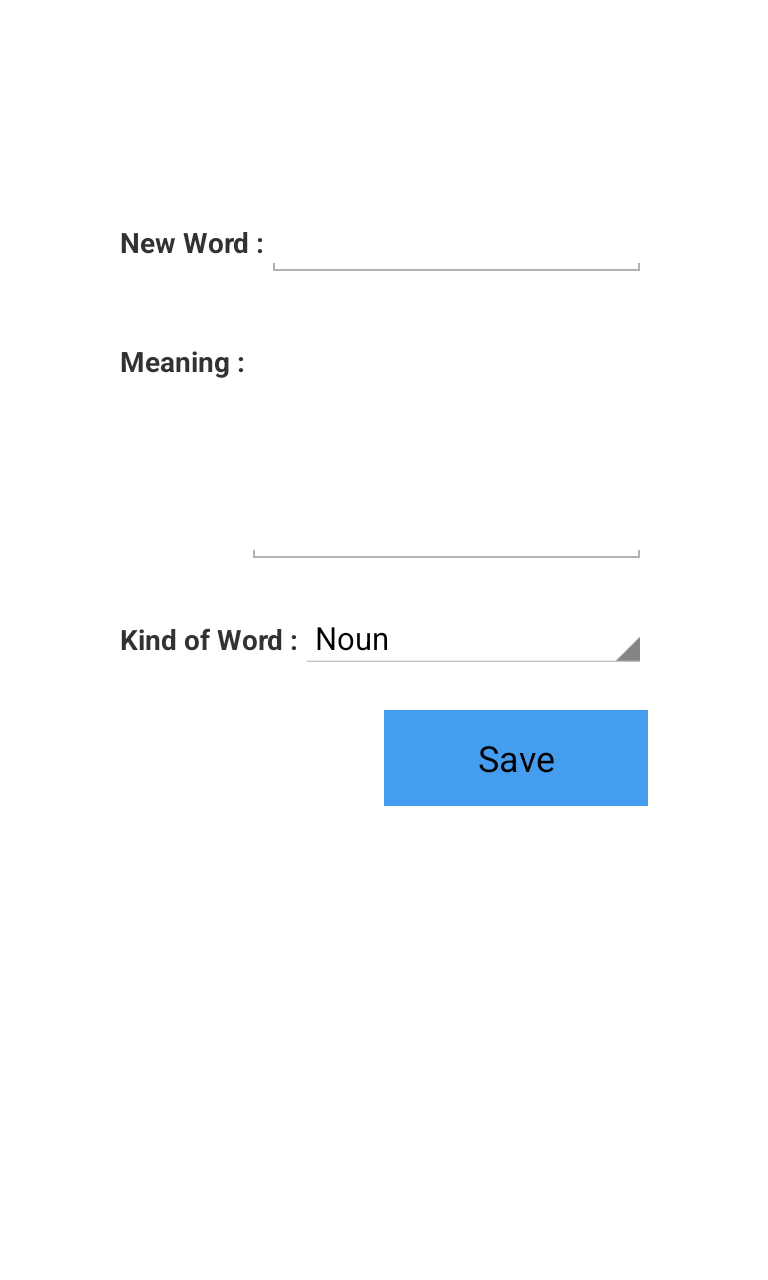
Repository: karno123/AndroidWordReminder
Layout: WordRemainder/res/layout/add_word_layout.xml
These files come from the project's save history. The layout is drawn as it stood at one moment and after the next save; the edit follows.
It is drawn on a 768 x 1280 px phone screen (xhdpi) without system bars, with theme AppTheme; the app's code is not run.

Above is the layout before, as saved 2014-07-06 08:03:24.

### WordRemainder/res/layout/add_word_layout.xml
<?xml version="1.0" encoding="utf-8"?>
<LinearLayout xmlns:android="http://schemas.android.com/apk/res/android"
    android:layout_width="fill_parent"
    android:layout_height="fill_parent"
    android:paddingLeft="60dp"
    android:paddingRight="60dp"
    android:paddingTop="80dp"
    android:orientation="vertical" >

    <LinearLayout
	        android:layout_width="fill_parent"
	        android:layout_height="wrap_content"
	        android:orientation="horizontal"
	        android:paddingTop="20dp">

        <TextView
	        android:id="@+id/text_new_word"
	        android:layout_width="wrap_content"
	        android:layout_height="wrap_content"
	        android:textStyle="bold"
	        android:text="@string/new_text_word"/>

         <EditText
	        android:inputType="text"
	        android:id="@+id/input_text_new_word"
	        android:layout_width="0dp"
	        android:layout_weight="0.8"
	        android:layout_height="wrap_content"
	        />

    </LinearLayout>

    <LinearLayout
            android:layout_width="fill_parent"
	        android:layout_height="wrap_content"
	        android:orientation="horizontal"
	        android:paddingTop="20dp">
        <TextView
	        android:id="@+id/text_meaning_word"
	        android:layout_width="wrap_content"
	        android:layout_height="wrap_content"
	        android:textStyle="bold"
	        android:text="@string/meaning_word"
	        />

        <EditText
            android:id="@+id/input_text_meaning"
            android:layout_height="wrap_content"
            android:layout_width="0dp"
            android:layout_weight="0.80"
            android:gravity="top"
            android:inputType="textMultiLine"
            android:lines="5"
            android:singleLine="false" />

    </LinearLayout>

    <LinearLayout
            android:layout_width="fill_parent"
	        android:layout_height="wrap_content"
	        android:orientation="horizontal"
	        android:paddingTop="20dp">

         <TextView
	        android:id="@+id/kind_of_word_text"
	        android:layout_width="wrap_content"
	        android:layout_height="wrap_content"
	        android:textStyle="bold"
	        android:text="@string/kind_of_word"
	        />
	    <Spinner
	        android:id="@+id/kind_of_word"
	        android:layout_width="0dp"
	        android:layout_weight="1"
	        android:layout_height="wrap_content"
	        android:prompt="@string/kind_of_word_prompt"
	        android:entries="@array/word_arrays"

	        />
    </LinearLayout>

    <LinearLayout
            android:layout_width="fill_parent"
	        android:layout_height="wrap_content"
	        android:orientation="horizontal"
	        android:gravity="right"
	        android:paddingTop="20dp"
	        android:weightSum="2">

        	<Button
        	     android:id="@+id/add_new_word_button"
        	     android:layout_height="wrap_content"
        	     android:layout_width="0dip"
        	     android:layout_weight="1"
        	     android:text="@string/add_word_button"
        	     android:background="#449def"/>

    </LinearLayout>

</LinearLayout>

### WordRemainder/res/values/strings.xml
<?xml version="1.0" encoding="utf-8"?>
<resources>

    <string name="app_name">Word Remainder</string>
    <string name="action_settings">Settings</string>
    <string name="hello_world">Hello world!</string>
    <string name="splash_text">This is a splash text</string>
	<string name="add_word">Add New Word</string>
	<string name="view_word">View Word</string>
	<string name="setting">Setting Apps</string>


	<string name="addnewword_title">Add New Word</string>
	<string name="viewword_title">View Word</string>

	<string name="new_text_word">New Word     :</string>
	<string name="meaning_word"> Meaning       :</string>
	<string name="kind_of_word"> Kind of Word :  </string>

	<string name="kind_of_word_prompt">Choose kind of word</string>
	<string-array name="word_arrays">
	    <item>Noun</item>
	    <item>Verb</item>
	    <item>Adjective</item>
	    <item>Adverb</item>
	    <item>Interjection</item>
	    <item>Preposition</item>
	    <item>Conjunction</item>
	    <item>Pronoun</item>
	</string-array>

	<string name="add_word_button">  Save  </string>
	<string name="cancel_edit_word_button">Cancel</string>
	<string name="search_text">Search </string>

	<string name="main_word" >main_word </string>
	<string name="meaning">meaning karno <b>siahaan</b></string>

	<string name="updateWord">Update Word</string>


	<string name="setting_enable">Enable setting </string>
	<string name="word_per_day">Word per day  </string>
	<string name="reminder_time">Reminder time</string>
	<string name="word_per_day_def">50</string>

	<string name="setting_ok">OK</string>
	<string name="setting_Cancel">Cancel</string>

	<string name="setting_label">Setting</string>

	<string name="home">home</string>

</resources>

Loaded but not shown: WordRemainder/res/values/styles.xml (common file); WordRemainder/res/values-v11/styles.xml (common file); WordRemainder/res/values-v14/styles.xml (common file)

After the next save:
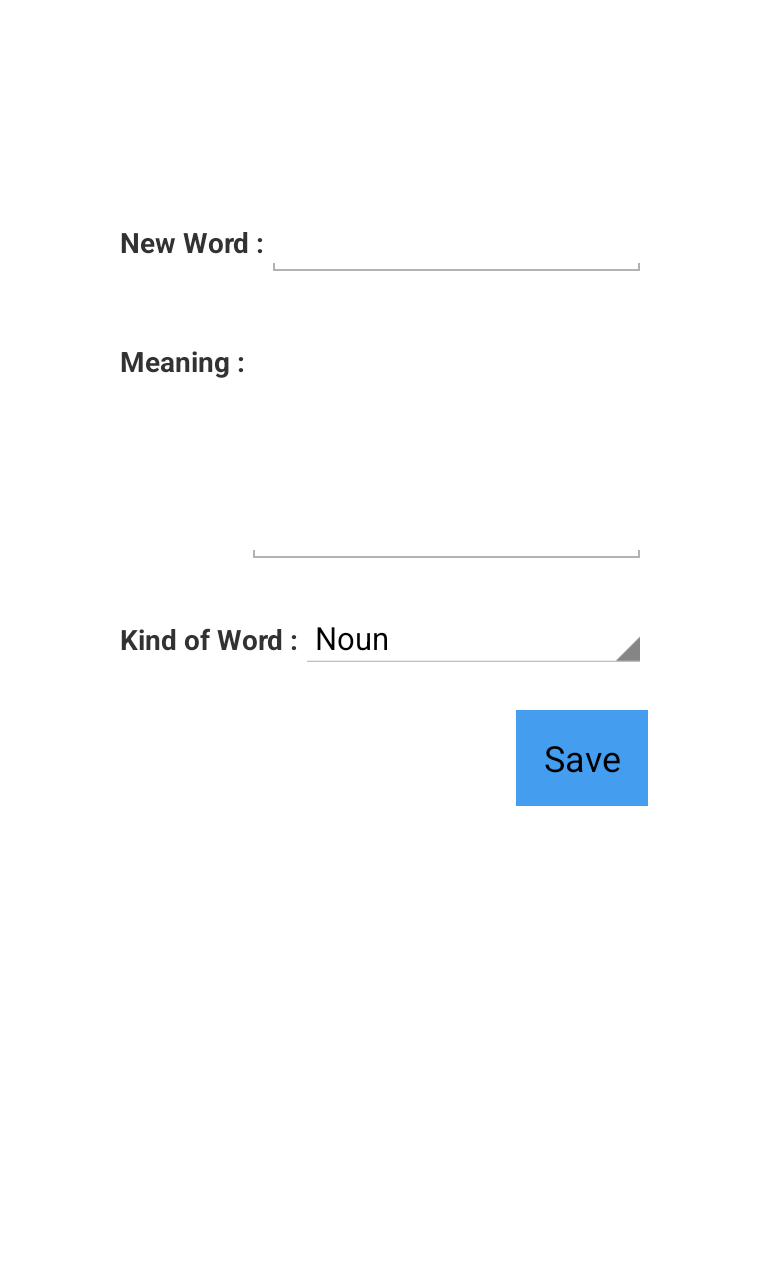
Saved 3 min 49 s later.
--- a/WordRemainder/res/layout/add_word_layout.xml
+++ b/WordRemainder/res/layout/add_word_layout.xml
@@ -91,7 +91,7 @@
         	     android:id="@+id/add_new_word_button"
         	     android:layout_height="wrap_content"
         	     android:layout_width="0dip"
-        	     android:layout_weight="1"
+        	     android:layout_weight="0.5"
         	     android:text="@string/add_word_button"
         	     android:background="#449def"/>
 

After the save that followed:
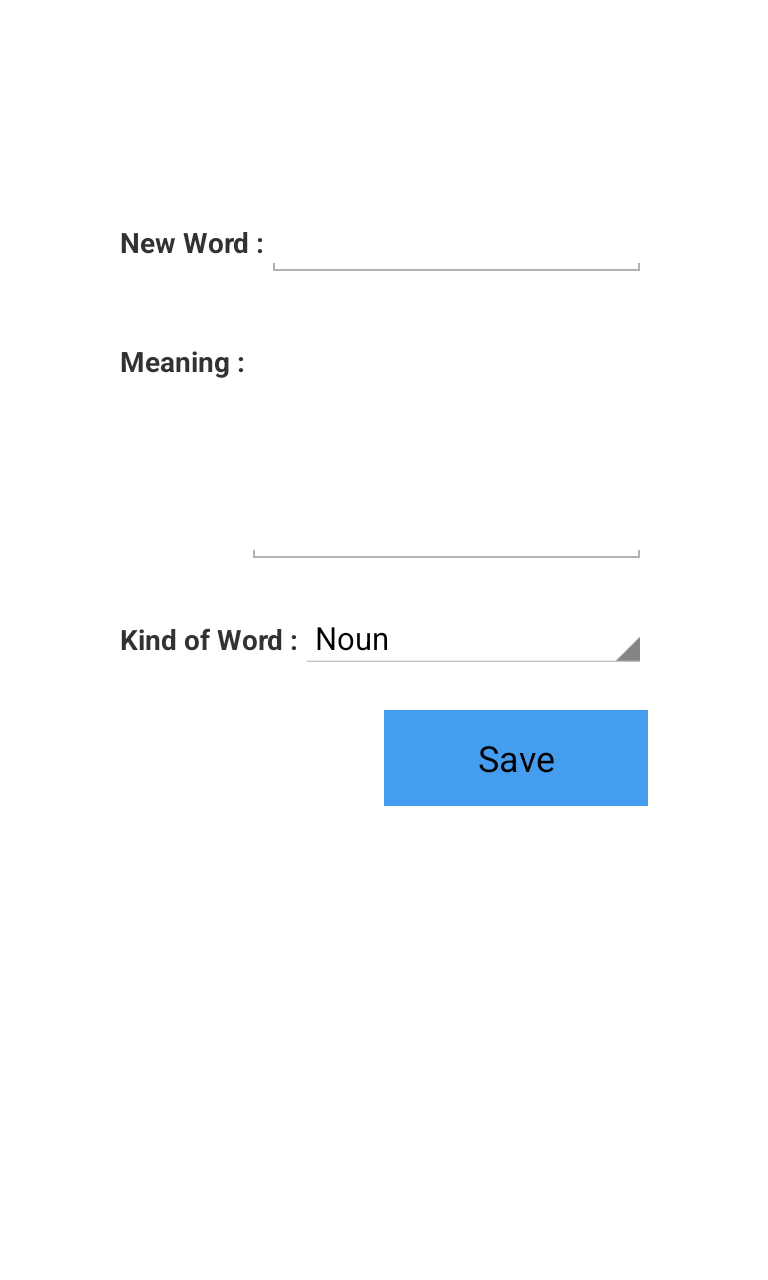
Saved 7 s later.
--- a/WordRemainder/res/layout/add_word_layout.xml
+++ b/WordRemainder/res/layout/add_word_layout.xml
@@ -47,7 +47,7 @@
             android:id="@+id/input_text_meaning"
             android:layout_height="wrap_content"
             android:layout_width="0dp"
-            android:layout_weight="0.80"
+            android:layout_weight="0.95"
             android:gravity="top"
             android:inputType="textMultiLine"
             android:lines="5"
@@ -91,7 +91,7 @@
         	     android:id="@+id/add_new_word_button"
         	     android:layout_height="wrap_content"
         	     android:layout_width="0dip"
-        	     android:layout_weight="0.5"
+        	     android:layout_weight="1"
         	     android:text="@string/add_word_button"
         	     android:background="#449def"/>
 
